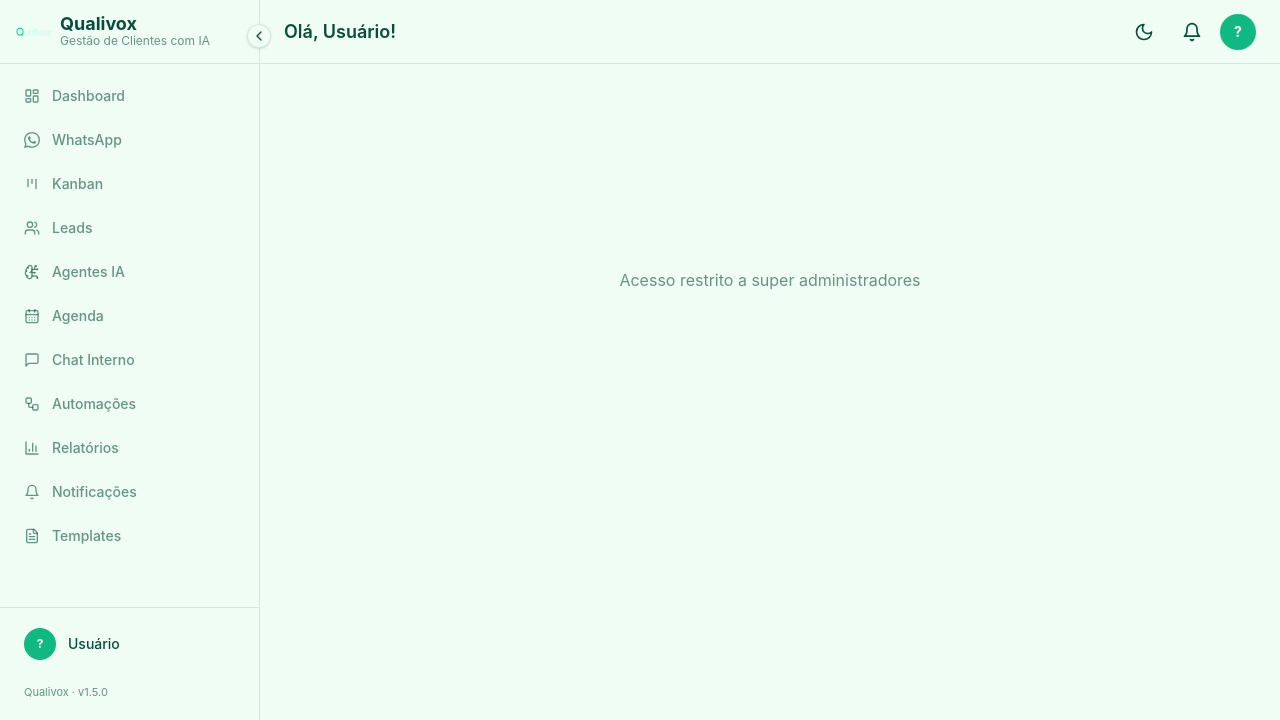
Repository: agclickon/qualivox
Page: /admin
These files come from the project's save history. The page is drawn as it stood at one moment and after the next save; the edit follows.
The browser window is 1280 px wide. The pictures show the whole page.
The page's requests for data from a server got no answer. The project was rebuilt for these pictures with package versions that can differ from the ones it lists, and the page was loaded fresh each time. The framework's server and built-in components were replaced by stand-ins that run in the browser. No one was signed in, and anything a server would have sent is missing. Also part of the build but not shown: next.config.js, src/components/ui/tooltip.tsx, src/components/layout/breadcrumbs.tsx, src/components/plan-usage-banner.tsx, src/components/ui/card.tsx, src/components/ui/tabs.tsx, src/components/ui/input.tsx, src/components/ui/label.tsx and 1 more.

Above is the page before, as saved 2026-04-13 11:46:28.

After the next save:
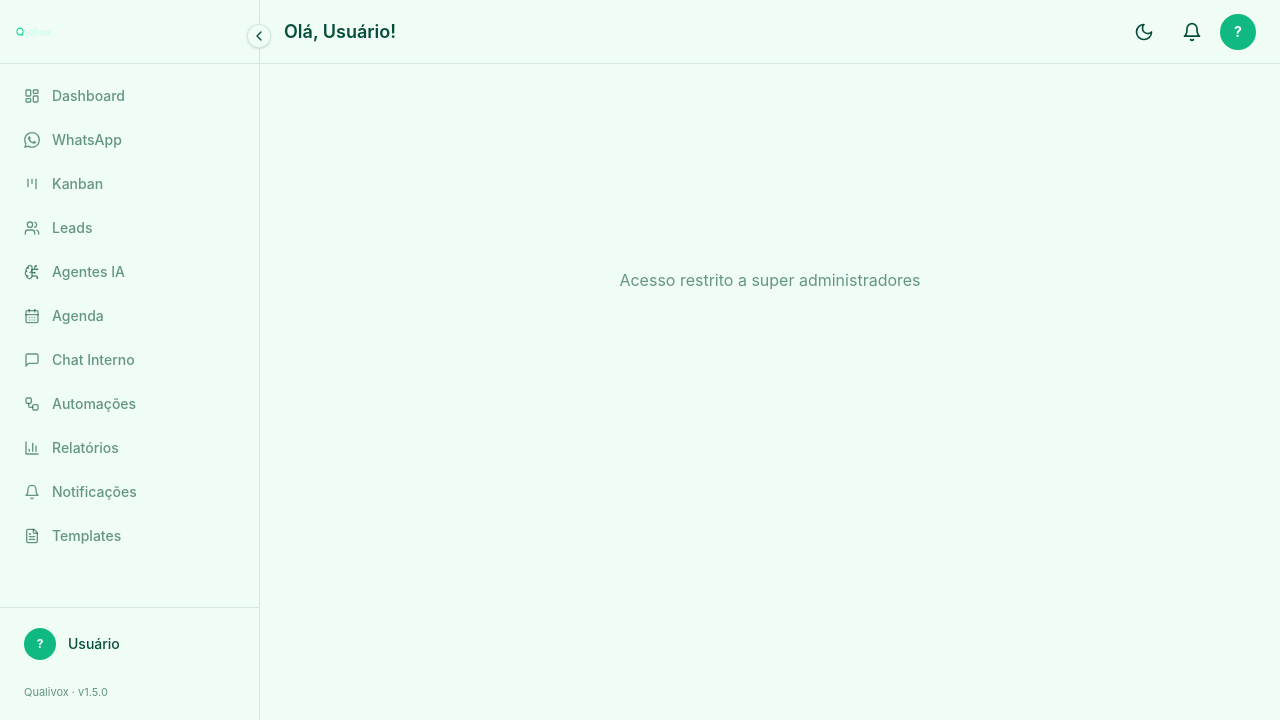
Saved 4 min 41 s later.
--- a/src/components/layout/sidebar.tsx
+++ b/src/components/layout/sidebar.tsx
@@ -96,12 +96,6 @@
               className="h-full w-full object-contain hidden dark:block"
             />
           </div>
-          {!isCollapsed && (
-            <div>
-              <h1 className="text-lg font-bold leading-none">{APP_NAME}</h1>
-              <p className="text-xs text-muted-foreground">{APP_TAGLINE}</p>
-            </div>
-          )}
         </div>
         {showCloseButton && onClose && (
           <button onClick={onClose} className="md:hidden p-1 rounded hover:bg-accent">
